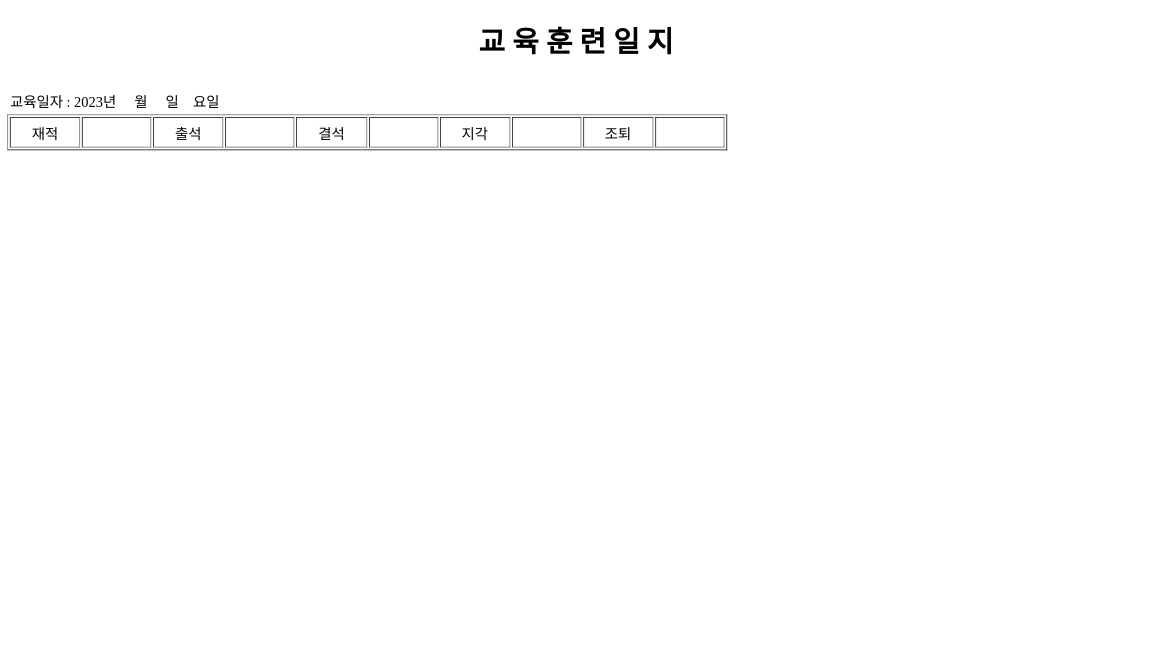
Repository: hb6700/client
Page: ClientTest/src/main/webapp/html/question/12_table.html
The author's editor kept a copy of each file at every save. The page is drawn from the files as they stood at one save, then again after the next save.
The browser window is 1280 px wide. The pictures show the whole page, at 90% of full size.

Above is the page before, as saved 2023-09-21 03:21:10.

After the next save:
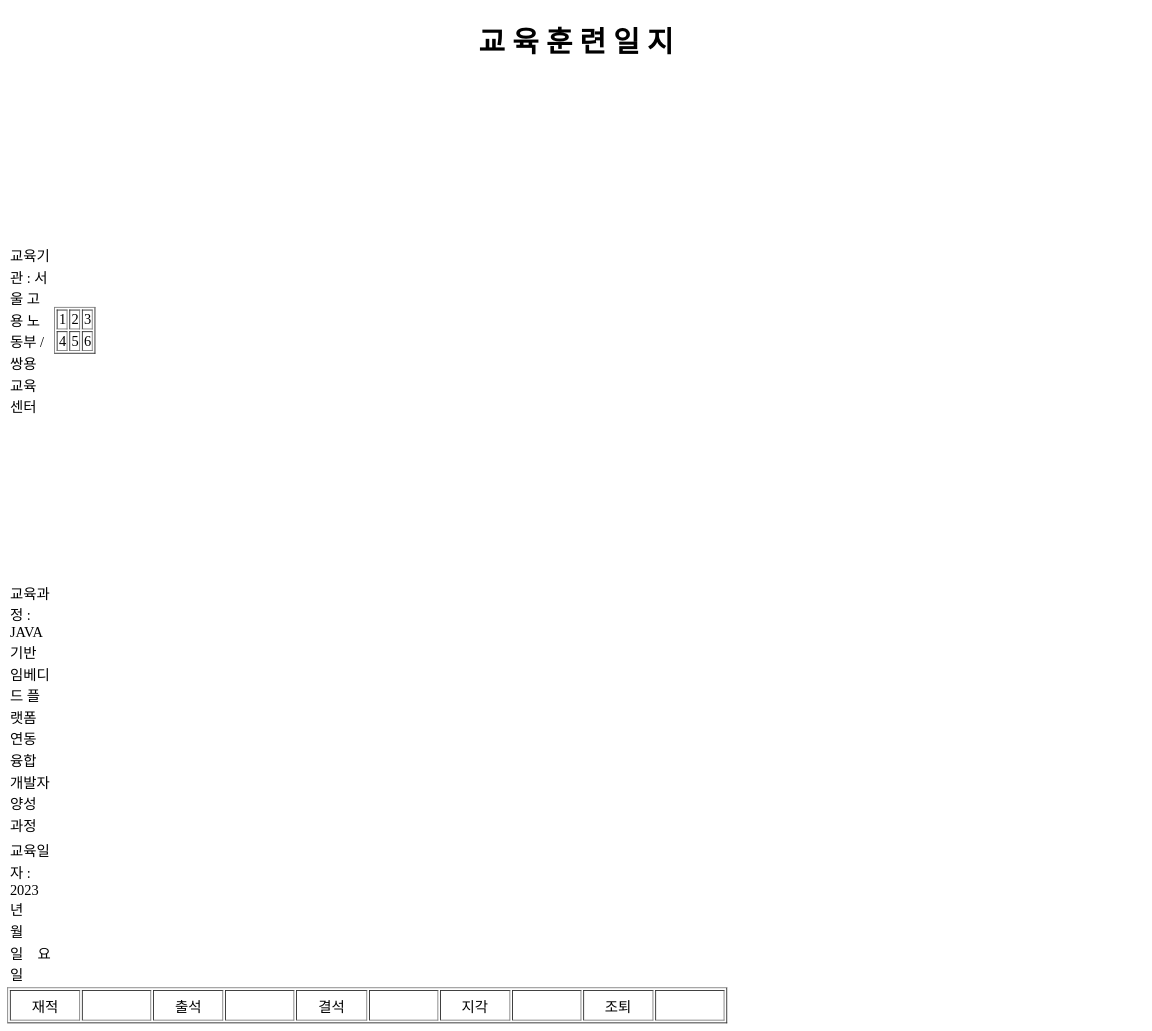
Saved 5 min 39 s later.
--- a/ClientTest/src/main/webapp/html/question/12_table.html
+++ b/ClientTest/src/main/webapp/html/question/12_table.html
@@ -9,17 +9,34 @@
 		<!-- <table width="800">
 		</table> -->
 
-		<table>
+		<table width="800" height="90">
 			<tr>
-				<td></td>
-				<td></td>
+				<td width="30" height="550">교육기관 : 서울 고용 노동부 / 쌍용 교육 센터</td>
+				<td>
+					<table border="1">
+						<tr>
+							<td>1</td>
+							<td>2</td>
+							<td>3</td>
+						</tr>
+						<tr>
+							<td>4</td>
+							<td>5</td>
+							<td>6</td>
+						</tr>
+					</table>
+				</td>
+			</tr>
+			<tr >
+				<td>교육과정 : JAVA 기반 임베디드 플랫폼 연동 융합 개발자 양성 과정</td>
 			</tr>
 			<tr>
-				<td></td>
-				<td></td>
-			</tr>
-			<tr>
-				<td>교육일자 : 2023년&nbsp;&nbsp;&nbsp;&nbsp;&nbsp;월&nbsp;&nbsp;&nbsp;&nbsp;&nbsp;일&nbsp;&nbsp;&nbsp;&nbsp;요일</td>
+				<td>
+					교육일자 :
+					2023년&nbsp;&nbsp;&nbsp;&nbsp;&nbsp;
+					월&nbsp;&nbsp;&nbsp;&nbsp;&nbsp;
+					일&nbsp;&nbsp;&nbsp;&nbsp;요일
+				</td>
 			</tr>
 		</table>
 
